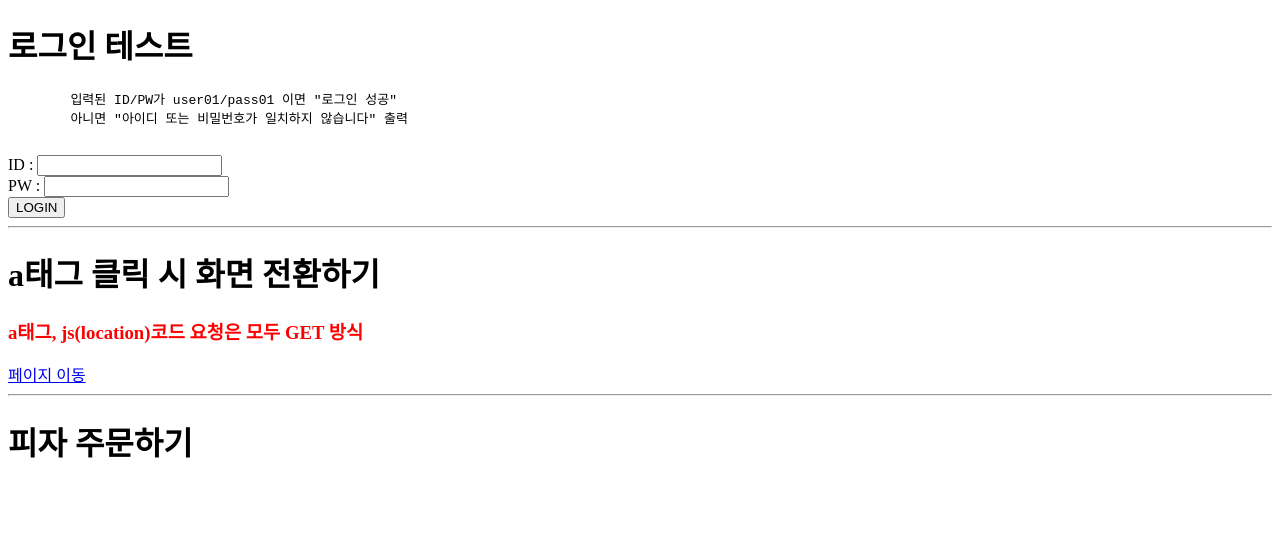
Repository: ahnjaeyoun/6_Server
Page: JSPProject1/src/main/webapp/index.html
The author's editor kept a copy of each file at every save. The page is drawn from the files as they stood at one save, then again after the next save.
The browser window is 1280 px wide. The pictures show the whole page.

Above is the page before, as saved 2023-09-18 02:01:28.

### JSPProject1/src/main/webapp/index.html
<!DOCTYPE html>
<html lang="en">
<head>
    <meta charset="UTF-8">
    <meta name="viewport" content="width=device-width, initial-scale=1.0">
    <title>JSPProject1</title>
</head>
<body>
    <h1>로그인 테스트</h1>

    <pre>
        입력된 ID/PW가 user01/pass01 이면 "로그인 성공"
        아니면 "아이디 또는 비밀번호가 일치하지 않습니다" 출력
    </pre>

    <form action="/login" method="post">
        ID : <input type="text" name="id"> <br>
        PW : <input type="password" name="pw"> <br>
        <button>LOGIN</button>
    </form>

    <hr>

    <h1>a태그 클릭 시 화면 전환하기</h1>

    <h3 style="color: red;">a태그, js(location)코드 요청은 모두 GET 방식</h3>

    <a href="/test/result">페이지 이동</a>

    <hr>

    <h1>피자 주문하기</h1>


</body>
</html>

After the next save:
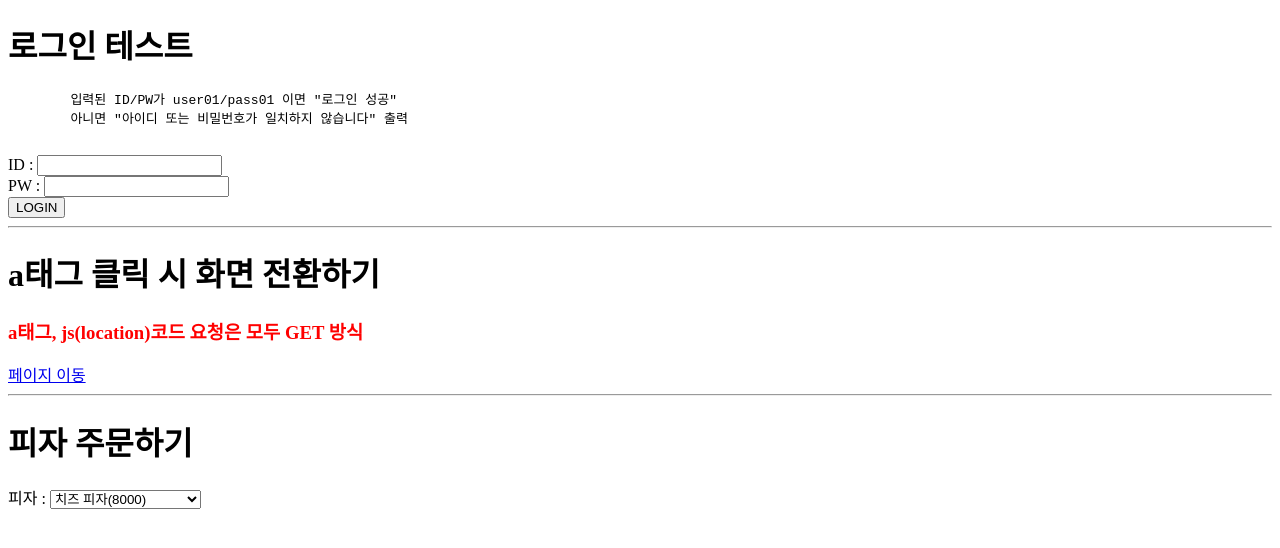
Saved 109 s later.
--- a/JSPProject1/src/main/webapp/index.html
+++ b/JSPProject1/src/main/webapp/index.html
@@ -31,6 +31,14 @@
 
     <h1>피자 주문하기</h1>
 
+    <form action="/pizzaOrder" method="post">
 
+		피자 :
+		<select name="pizza">
+			<option>치즈 피자(8000)</option>
+			<option>콤비네이션 피자(9000)</option>
+			<option>핫치킨 피자(10000)</option>
+		</select>
+	</form>
 </body>
 </html>
